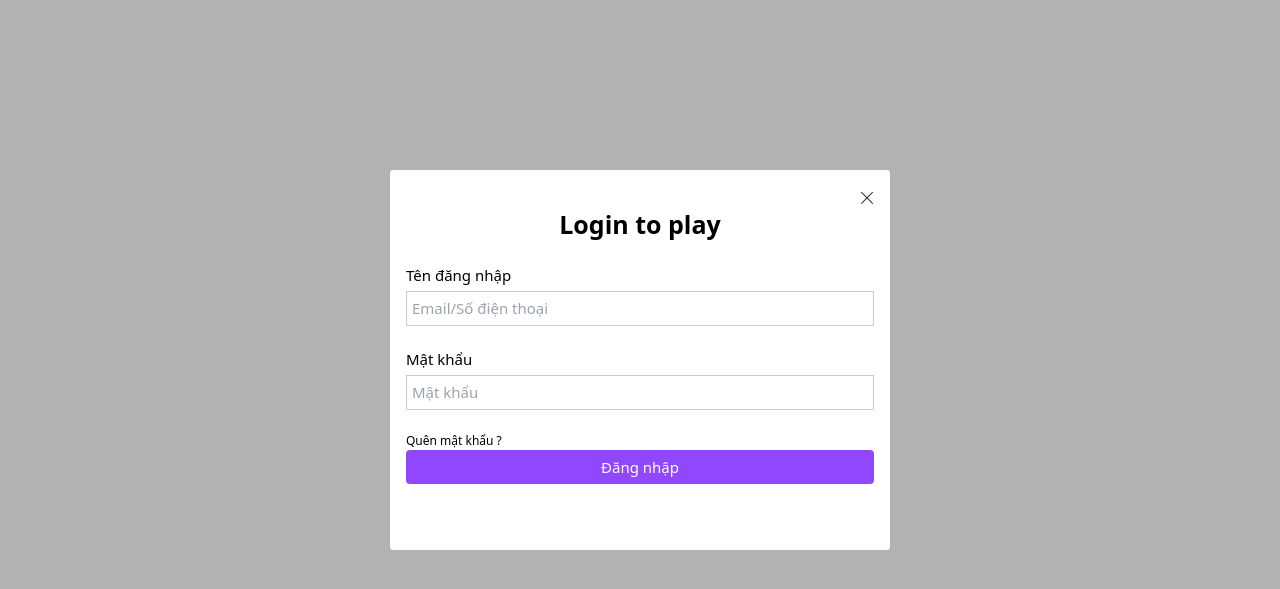
Repository: Teddy1705/demo_pj
Page: /
The author's editor kept a copy of each file at every save. The page is drawn from the files as they stood at one save, then again after the next save.
The browser window is 1280 px wide. The pictures show the whole page.
The project was rebuilt for these pictures with package versions that can differ from the ones it lists, and the page was loaded fresh each time. Also part of the build but not shown: vite.config.js.

Above is the page before, as saved 2024-04-16 10:34:48.

After the next save:
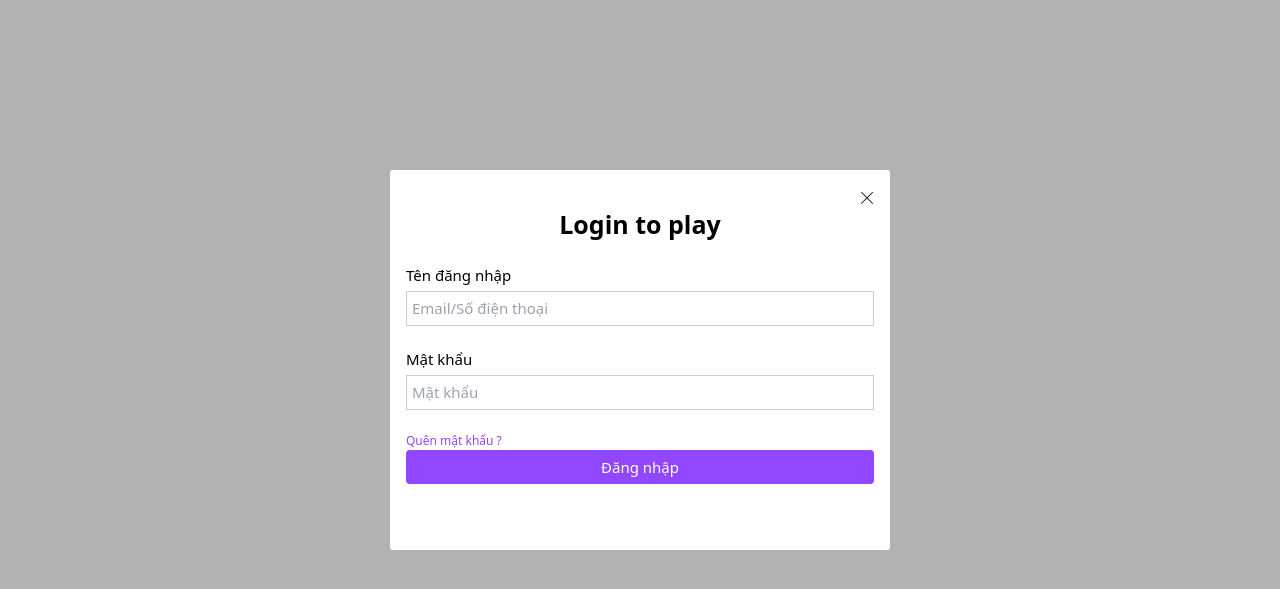
Saved 28 s later.
--- a/src/index.css
+++ b/src/index.css
@@ -633,6 +633,7 @@ video {
 
 .auth-form__help {
   font-size: 12px;
+  color: #9147ff;
 }
 
 .auth-form__btn {
